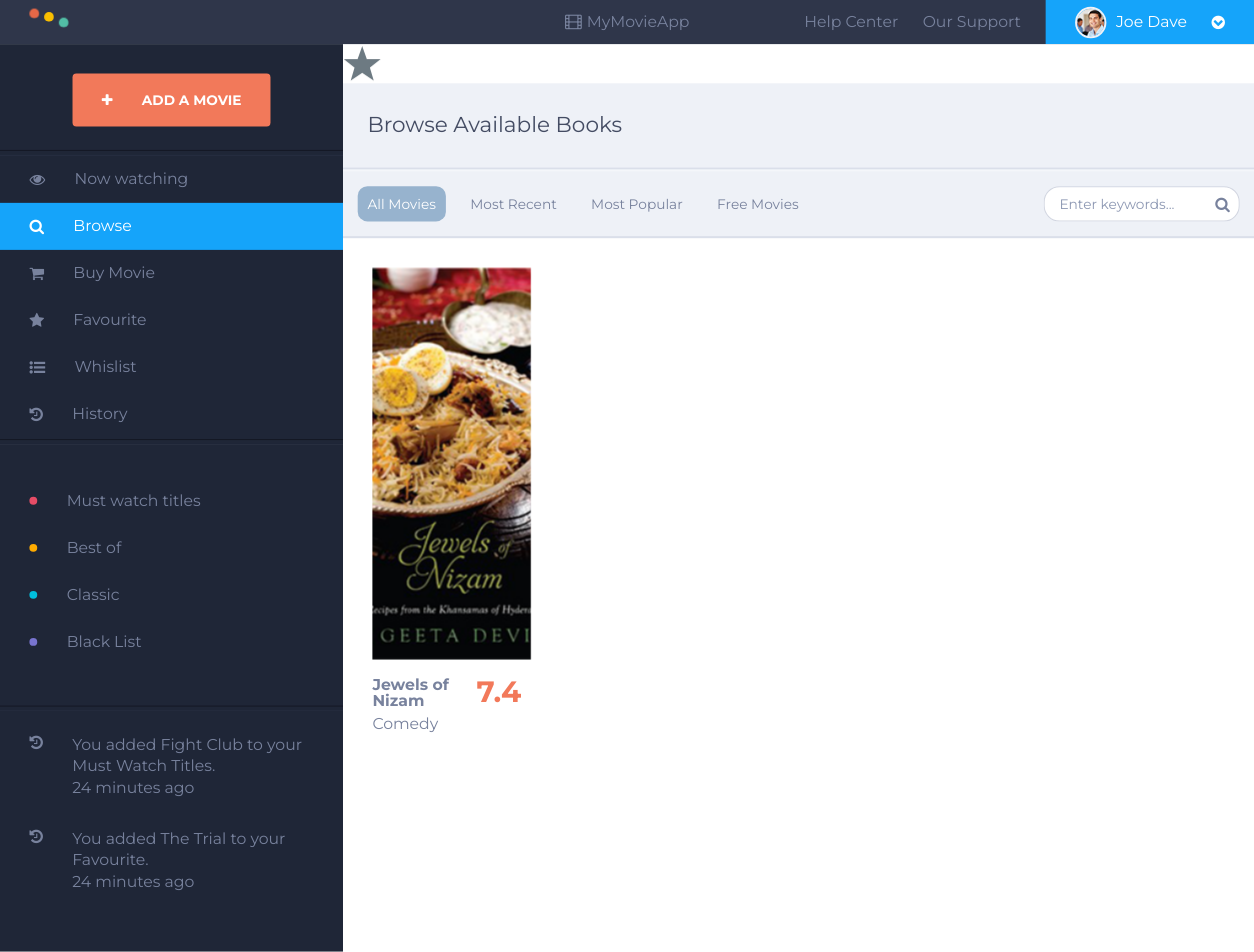
Repository: zyng/movie
Page: /
These files come from the project's save history. The page is drawn as it stood at one moment and after a run of saves; the edit follows.
The browser window is 1280 px wide. The pictures show the whole page, at 98% of full size.
Some web libraries are served in a nearby version. The project was rebuilt for these pictures with package versions that can differ from the ones it lists, and the page was loaded fresh each time.

Above is the page before, as saved 2019-01-17 02:24:36.

After the next 3 saves:
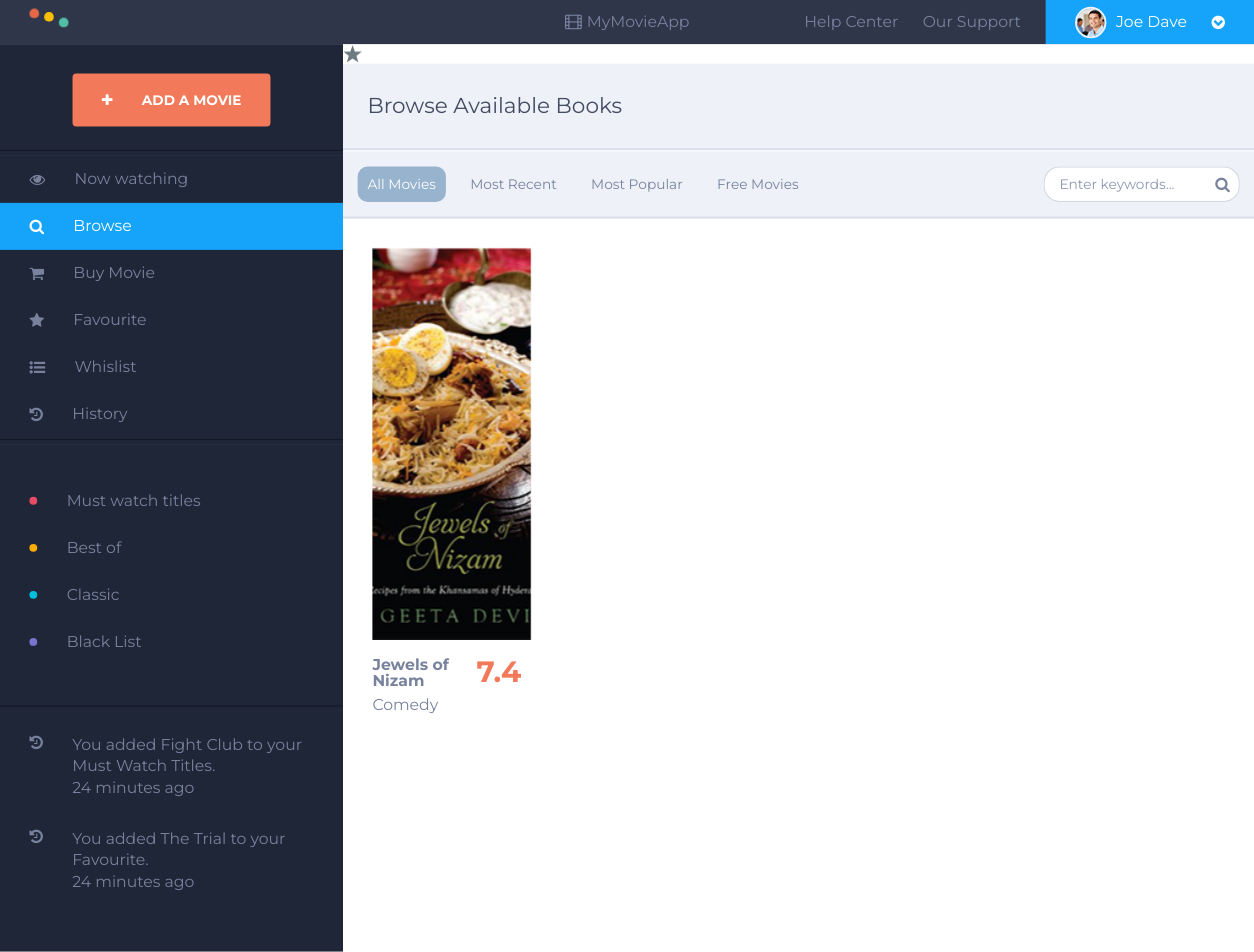
The 3 saves are shown as one change because they came seconds apart.
The last was saved 12 s later.
--- a/src/components/Main/Main.js
+++ b/src/components/Main/Main.js
@@ -15,7 +15,7 @@
 
                 <StarRatings
                     rating={2}
-                    starDimension="40px"
+                    starDimension="20px"
                     starSpacing="15px"
                     numberOfStars='5'
                 />
